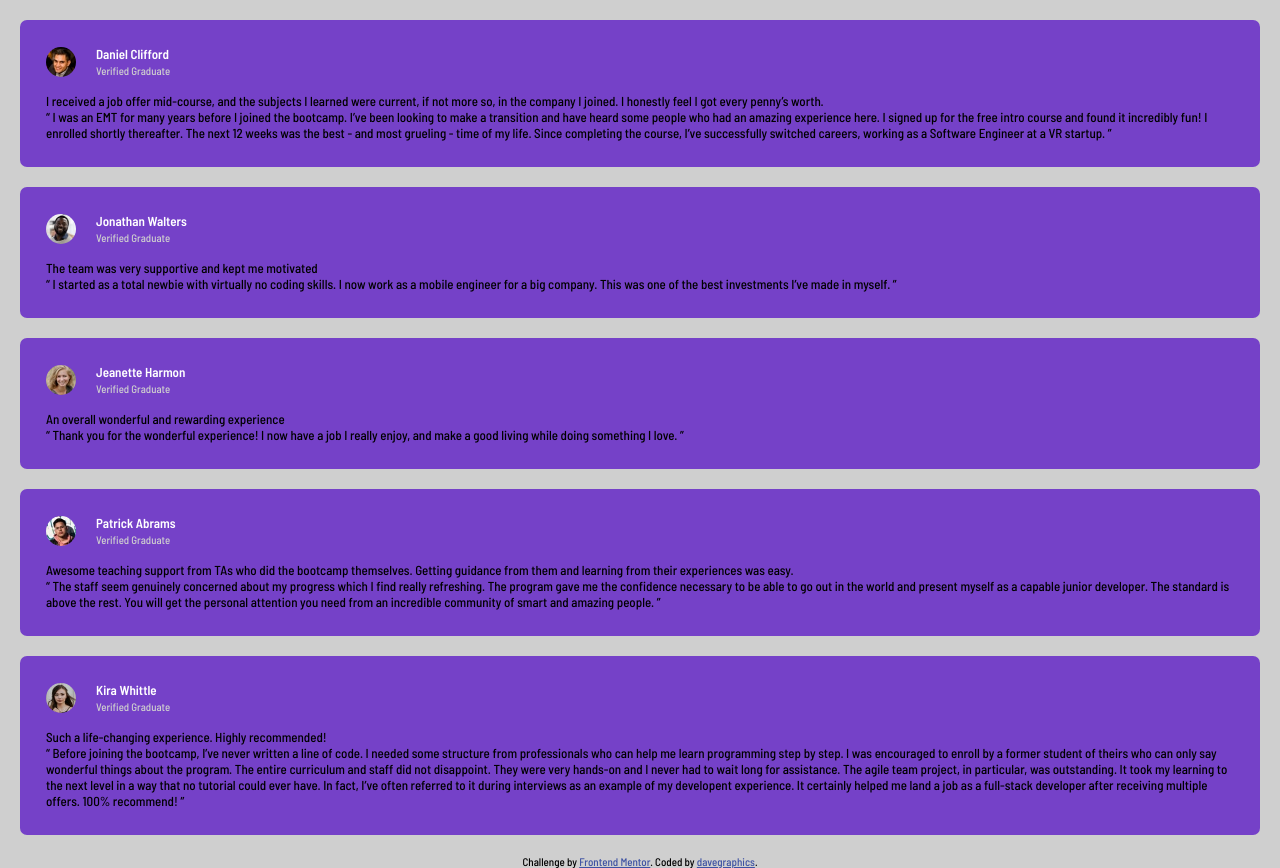
Repository: DejV44/testimonials_grid_section_main
Page: index.html
An editor plug-in stored every save of this project. The page is shown before and after the next save, followed by the edit.
The browser window is 1280 px wide. The pictures show the whole page.
The style sheet was rebuilt from its Sass, Less or Tailwind sources for each picture, by a compiler version that may differ from the author's.

Above is the page before, as saved 2021-07-14 20:20:38.

After the next save:
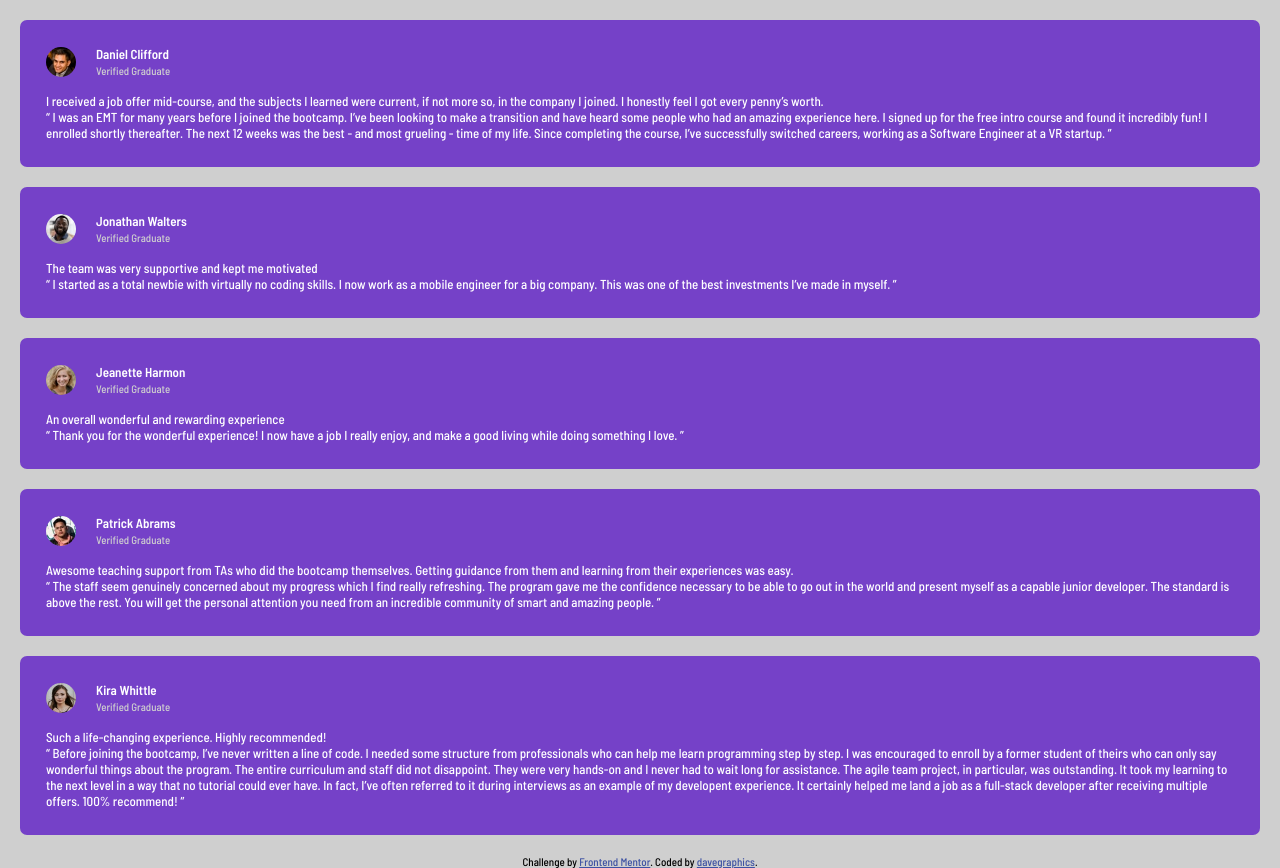
Saved 11 s later.
--- a/css/style.scss
+++ b/css/style.scss
@@ -56,7 +56,7 @@ body {
                 }
             }
 
-            :first-child p {
+            p {
                 color: $White;
             }
         }
